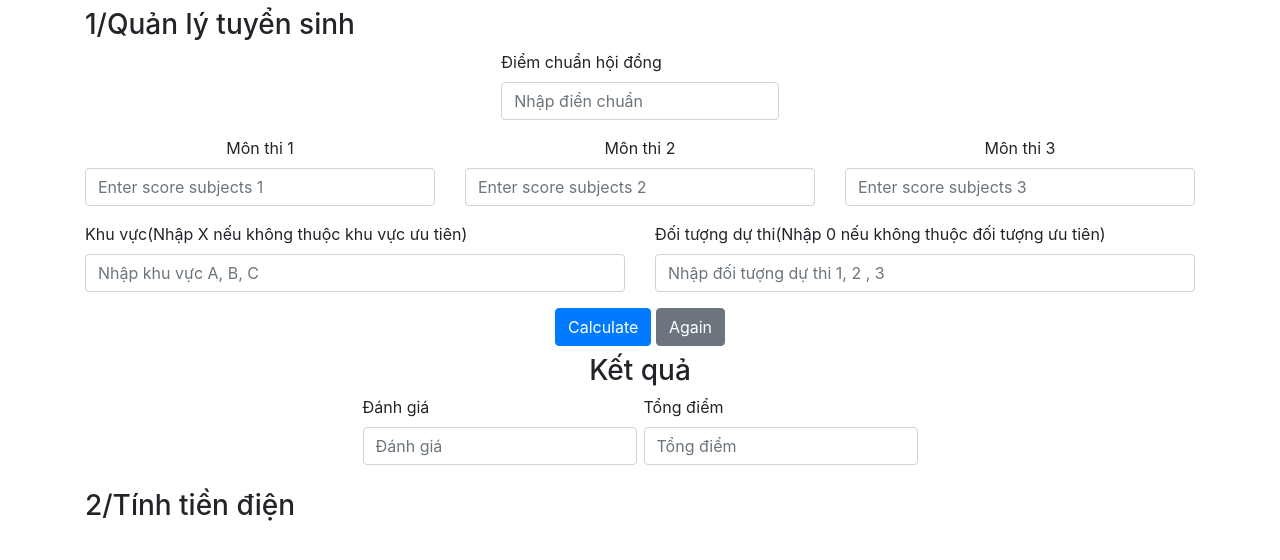
Repository: baobaodeveloper/bootcamp21__jsbasic4_HuynhAnhBao
Page: index.html
An editor plug-in stored every save of this project. The page is shown before and after the next save, followed by the edit.
The browser window is 1280 px wide. The pictures show the whole page.

Above is the page before, as saved 2022-03-13 19:13:32.

After the next save:
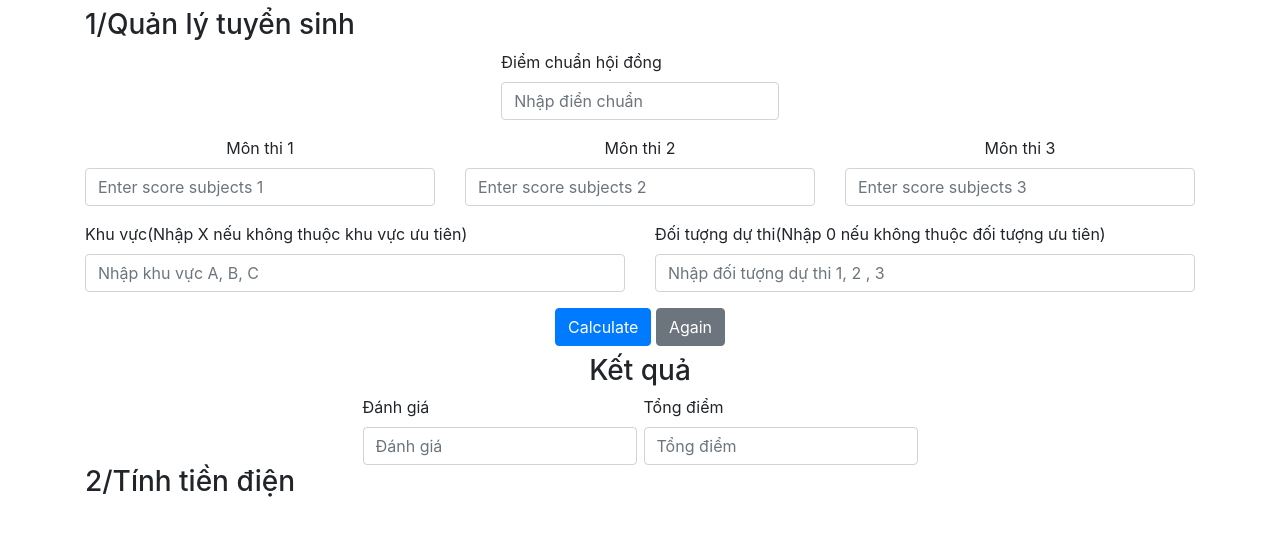
Saved 39 s later.
--- a/index.html
+++ b/index.html
@@ -120,7 +120,7 @@
     </div>
 
     <!-- 2/Tính tiền điện -->
-    <div class="container mt-lg-4">
+    <div class="container mb-5">
       <h3>2/Tính tiền điện</h3>
     </div>
     <!-- Optional JavaScript -->
